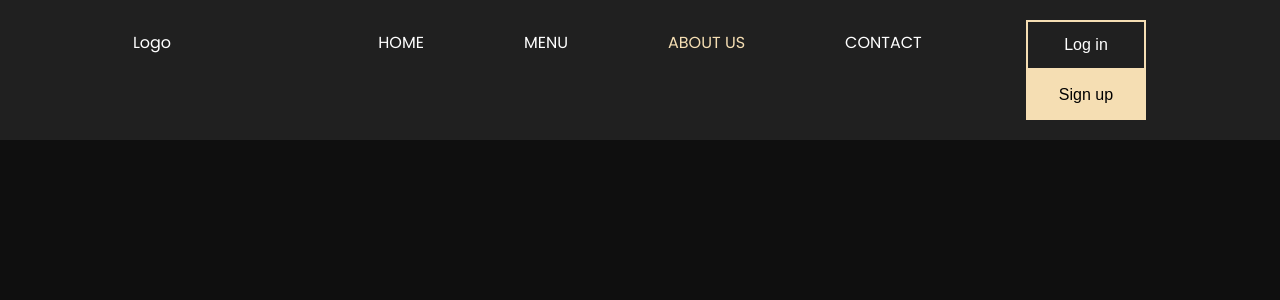
Repository: ThisIsSahaj/NSP
Page: contact.html
The author's editor kept a copy of each file at every save. The page is drawn from the files as they stood at one save, then again after the next save.
The browser window is 1280 px wide. The pictures show the whole page.

Above is the page before, as saved 2023-12-26 22:48:47.

### contact.html
<!DOCTYPE html>
<html lang="en">
<head>
    <meta charset="UTF-8">
    <meta http-equiv="X-UA-Compatible" content="IE=edge">
    <meta name="viewport" content="width=device-width, initial-scale=1.0">
    <title>Contact</title>
    <link rel="stylesheet" href="style.css">
</head>
<body>

    <header>

        <nav class="nav">
            <div class="logo">
                Logo
            </div>
            <div class="menu">
                <ul>
                   <a href="index.html"> <li>Home</li> </a>
                   <a href="index.html"> <li>Menu</li> </a>
                   <a href="" class="active"> <li>About Us</li> </a>
                   <a href=""> <li>Contact</li> </a>
            </ul>
        </div>
        <div class="button">
            <button class="login">Log in</button>
            <button class="signup">Sign up</button>
        </div>
    </nav>
</header>

</body>
</html>

### style.css
@import url('https://fonts.googleapis.com/css2?family=Poppins:wght@300;400;500;600;700&family=Roboto:wght@100;300;400;500;700;900&display=swap');

@import url('https://fonts.googleapis.com/css2?family=Playfair+Display:wght@400;500;600;700;800;900&family=Poppins:wght@300;400;500;600;700&family=Roboto:wght@100;300;400;500;700;900&display=swap');


*{
    margin: 0px;
    padding: 0px;
    box-sizing: border-box;

}

body{
    background-color: #0F0F0F;
    font-family: 'Poppins', sans-serif;
    /* color: rgb(224, 212, 212); */
    color: white;
}

header{
    margin-top: 0px;
    background-color: #202020;
    padding: 20px;
}
nav{
    display: flex;
    flex-direction: row;
    justify-content: space-around;
}

ul {
    display: flex;
    flex-direction: row;
    list-style: none;
    /* border: 2px solid green; */
}
a {
    color: #fff;
    text-transform: uppercase;
    text-decoration: none;
    /* letter-spacing: 0.15em;      */
    /* display: inline-block; */
    /* padding: 15px 20px; */
    position: relative;
    /* border: 2px solid red; */
}
.navAni:after {
    background: none repeat scroll 0 0 transparent;
    bottom: 0;
    content: "";
    display: block;
    height: 2px;
    left: 50%;
    position: absolute;
    background: #fff;
    transition: width 0.3s ease 0s, left 0.3s ease 0s;
    width: 0;
    margin-bottom: 10px;
}

.navAni:hover:after {
    width: 100%;
    left: 0;
    background-color:wheat;
}
.active{
    color: wheat;
}


.logo{
    width: 20%;
    margin: 10px;
    display: flex;
    justify-content: center;
    /* border: 2px solid hotpink; */

}
.menu ul li{
    margin: 10px 50px;

}

.menu{
    width: 60%;
    display: flex;
    justify-content: center;
    /* border: 2px solid blue; */

}
.button{
    width: 20%;
    /* border: 2px solid hotpink; */
}
button {
    height: 50px;
    width: 120px;
    margin: 0px 10px;
    /* border-radius: 50px; */
    background-color: wheat;
    font-size: 16px;
    cursor: pointer;
    border: none;
}

button:hover{
    background-color: transparent;
    color: white;
    border: 2px solid wheat;
}

.login{
border: 2px solid wheat;
background-color: transparent;
color: white;

}

.login:hover {
    background-color: wheat;
    color: black;
}

.viewMenu{
    margin: 50px;
    border: none;
    width: 160px;
    height: 60px;
}

.sec1{
    /* border: 2px solid red; */
    height: 870px;
    width: 100%;
    background-image: url("assets/images/hero-slider-1.jpg");

    display: flex;
    flex-direction: column;
    justify-content: center;
    align-items: center;
    font-size: 96px;
    font-family: "Playfair Display";
}


.sec2{
width: 100%;
height: 870px;
display: flex;
flex-direction: column;
/* justify-content: center; */
align-items: center;
}

.sec2 p{
    color: wheat;
    font-size: 18px;
    margin: 50px 0px;
}

.about{
    width: 100%;
    height: 50vw;
    display: flex;
    flex-direction: column;
    /* justify-content: center; */
    align-items: center;
    }

.about h1{
    font-family: "Playfair Display";
    margin: 50px;
    color: wheat;
    }

 .aboutBox{
    width: 100%;
    height: 20vw;

    display: flex;
    flex-direction: row;
    justify-content: center;
    padding: 50px;
 }

 .aboutBox div{
    width: 50%;
    padding: 40px;
    height: 60%;
 }


.cardContainer{
    width: 100%;
    height: 700px;
    display: flex;
    flex-direction: row;
    padding: 40px;
    justify-content: center;
}


 .card {
    box-shadow: 0 4px 8px 0 rgba(155, 155, 155, 0.2);
    transition: 0.3s;
    width: 20%;
    height: 70%;
    border-radius: 5px;
    margin: 0px 20px;
    cursor: pointer;
  }

  .card:hover {
    box-shadow: 0 8px 16px 0 rgba(155, 155, 155, 0.2);
  }

  img {
    border-radius: 5px 5px 0 0;
  }

  .container {
    padding: 2px 16px;
    text-align: center;
  }
  .container p{
    font-size: 24px;
  }

After the next save:
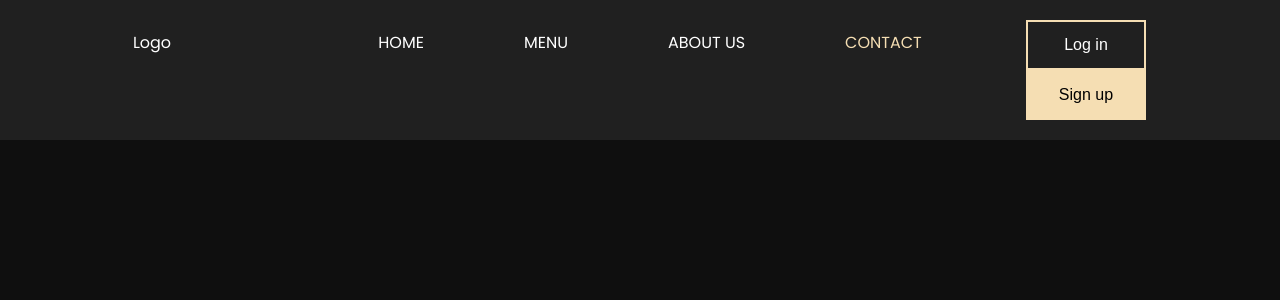
Saved 16 s later.
--- a/contact.html
+++ b/contact.html
@@ -19,8 +19,8 @@
                 <ul>
                    <a href="index.html"> <li>Home</li> </a>
                    <a href="index.html"> <li>Menu</li> </a>
-                   <a href="" class="active"> <li>About Us</li> </a>
-                   <a href=""> <li>Contact</li> </a>
+                   <a href="" > <li>About Us</li> </a>
+                   <a href="" class="active"> <li>Contact</li> </a>
             </ul>
         </div>
         <div class="button">
